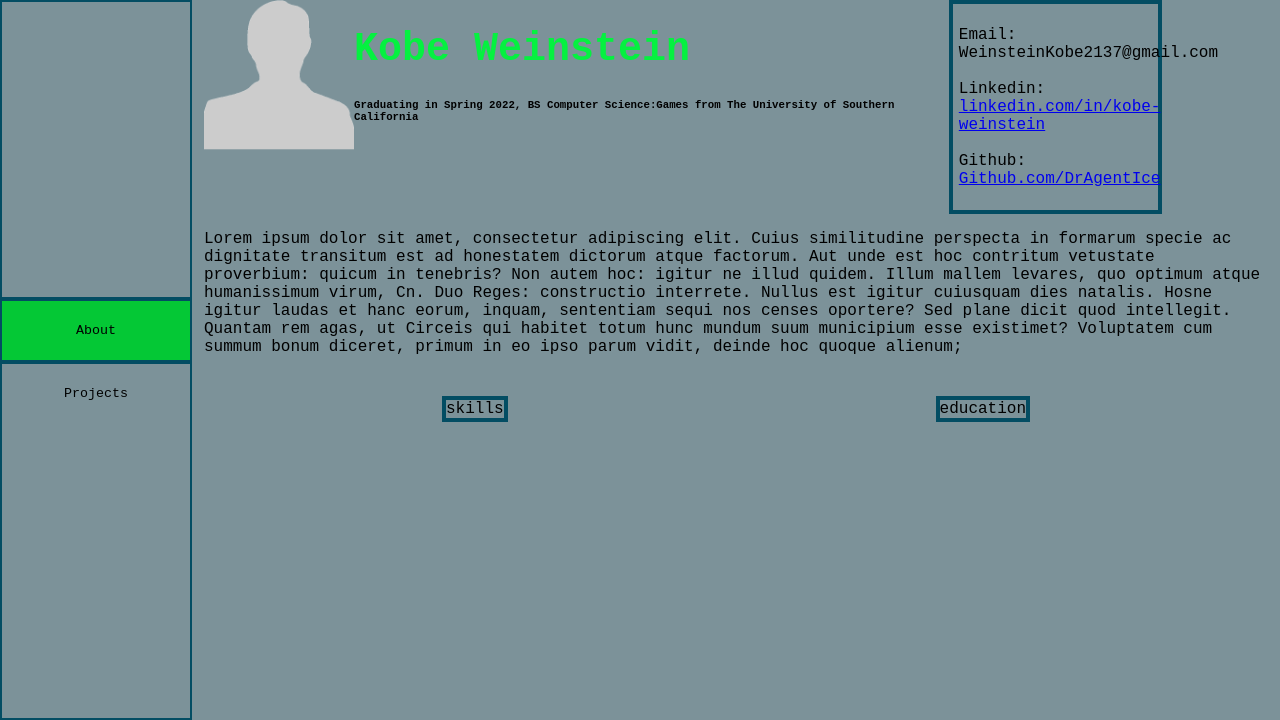
Repository: DrAngentIce/Kobe.Weinstein
Page: PortfollioSite/WebContent/Index.html
These files come from the project's save history. The page is drawn as it stood at one moment and after the next save; the edit follows.
The browser window is 1280 px wide. The pictures show the whole page.

Above is the page before, as saved 2021-01-15 04:11:32.

### PortfollioSite/WebContent/Index.html
<!DOCTYPE html>
<html>
<head>
<meta charset="ISO-8859-1">
<title>Kobe Weinstein</title>

<style>

 * {box-sizing: border-box}

 :root {
  --primary: #05F140;
  --primaryDim: #04C835;
  --textP: #000000;
  --Secondary: #034D63;
  --SecondaryLight: #046B8B;
  --textS: #dadfe1;
  --bg: #7C9299;
  --textBg: #000000;
  }

 body {
  font-size: 100%;
  font-family:"Courier New", monospace;
}


 .tab {
  float: left;
  border: 2px solid var(--Secondary);
  background-color: var(--bg);
  width: 15vw;
  height: 100vh;
  display: flex;
  justify-content: center;
  flex-direction: column;
	}

 .tab button {
  display: block;
  background-color: inherit;
  padding: 22px 16px;
  width: 100%;
  border: none;
  outline: none;
  text-align: center;
  cursor: pointer;
  transition: 0.3s;
  font-family:"Courier New", monospace;
  color: var(--textP);
}

.tab button:hover {
  background-color: var(--primary);
  color: var(--textP);
  border-top: 4px solid var(--SecondaryLight);
  border-bottom: 4px solid var(--SecondaryLight);
}

.tab button.active {
  background-color: var(--primaryDim);
  color: var(--textP);
  border-top: 4px solid var(--Secondary);
  border-bottom: 4px solid var(--Secondary);
}

.projectContent {
  float: left;
  padding: 0px 12px;
  border: 1px solid var(--Secondary);
  width: 70vw;
  border-left: none;
  height: 100vh;
  display: none;
  font-family:"Courier New", monospace;
}

.tabContent {
  float: left;
  padding: 0px 12px;
  border: none;
  width: 85vw;
  border-left: none;
  height: 100vh;
  display: none;
  font-family:"Courier New", monospace;
  background-color: var(--bg);

}

.columnName
{
	width: 70%;
	display:flex;
	align-content:center;
}

.columnContact
{
	width: 20%;
	border: 4px solid var(--Secondary);
	padding: 6px;
}

.SkillsCourses
{
	display: flex;
	flex-flow: row wrap;
	justify-content: space-around;
	width: 100%;
	padding: 24px;
}

.column
{
	border: 4px solid var(--Secondary);

}

</style>


<script>
function openTab(evt, tabName)
{

	var i, tabContent, tabs;


	tabcontent = document.getElementsByClassName("tabContent");
	for(i=0; i < tabcontent.length; i++)
	{
		tabcontent[i].style.display = "none";
	}

	tabs = document.getElementsByClassName("tablinks");
	for(i=0; i < tabs.length; i++)
	{
		tabs[i].className = tabs[i].className.replace(" active", "");
	}

	document.getElementById(tabName).style.display = "block";

	if(tabName == 'projects')
	{
		document.getElementById(tabName).style.padding = "0px 0px";
	}

	evt.currentTarget.className += " active";

}

function openProject(evt, projectName)
{

	var i, tabContent, tabs;


	tabcontent = document.getElementsByClassName("projectContent");
	for(i=0; i < tabcontent.length; i++)
	{
		tabcontent[i].style.display = "none";
	}

	tabs = document.getElementsByClassName("projectlinks");
	for(i=0; i < tabs.length; i++)
	{
		tabs[i].className = tabs[i].className.replace(" active", "");
	}

	document.getElementById(projectName).style.display = "block";

	evt.currentTarget.className += " active";

}


</script>


</head>


<body style="width: 100vw; height: 100vh; margin: 0; padding: 0;">

	<div class="tab">
	<button class="tablinks" onclick="openTab(event, 'about')" id="default">About</button>
	<button class="tablinks" onclick="openTab(event, 'projects')">Projects</button>
	</div>


	<div id = "projects" class="tabContent">
		<div class="tab" style="border-left: none;">
			<button class="projectlinks" onclick="openProject(event,'BookStacks')">The BookStacks</button>
			<button class="projectlinks" onclick="">Runner's Edge</button>
			<button class="projectlinks" onclick="">Pinball</button>
		</div>

		<div id="BookStacks" class="projectContent">
		The BookStacks
		</div>
		<div id="RunnersEdge" class="projectContent">
		Runner's Edge
		</div>
		<div id="RunnersEdge" class="projectContent">
		 Pinball
		</div>

	</div>

	<div id="about" class="tabContent">

	<div style="width:100%; display:flex; flex-flow:row wrap; align-content:space-between;">

		<div class="columnName">
			<img src="Portrait.gif" width="150px" height="150px">
			<div>
			<h1 style="color: var(--primary); font-size:2.5em;">Kobe Weinstein</h1>
			<h6>Graduating in Spring 2022, BS Computer Science:Games from The University of Southern California</h6>
			</div>
		</div>

		<div class="columnContact">
		<p>
			Email:<br> WeinsteinKobe2137@gmail.com
			<br><br>Linkedin:<br><a href="http://www.linkedin.com/in/kobe-weinstein">linkedin.com/in/kobe-weinstein</a>
			<br><br>Github:<br><a href="http://www.Github.com/DrAgentIce">Github.com/DrAgentIce</a>
		</p>
		</div>

	</div>

	<p>Lorem ipsum dolor sit amet, consectetur adipiscing elit. Cuius similitudine perspecta in formarum specie ac dignitate transitum est ad honestatem dictorum atque factorum. Aut unde est hoc contritum vetustate proverbium: quicum in tenebris? Non autem hoc: igitur ne illud quidem. Illum mallem levares, quo optimum atque humanissimum virum, Cn. Duo Reges: constructio interrete. Nullus est igitur cuiusquam dies natalis. Hosne igitur laudas et hanc eorum, inquam, sententiam sequi nos censes oportere? Sed plane dicit quod intellegit. Quantam rem agas, ut Circeis qui habitet totum hunc mundum suum municipium esse existimet? Voluptatem cum summum bonum diceret, primum in eo ipso parum vidit, deinde hoc quoque alienum; </p>

	<div class="SkillsCourses">

	<div class="column">
	skills
	</div>

	<div class="column">
	education
	</div>

	</div>


	</div>

<script>
document.getElementById("default").click();
</script>
</body>

</html>

After the next save:
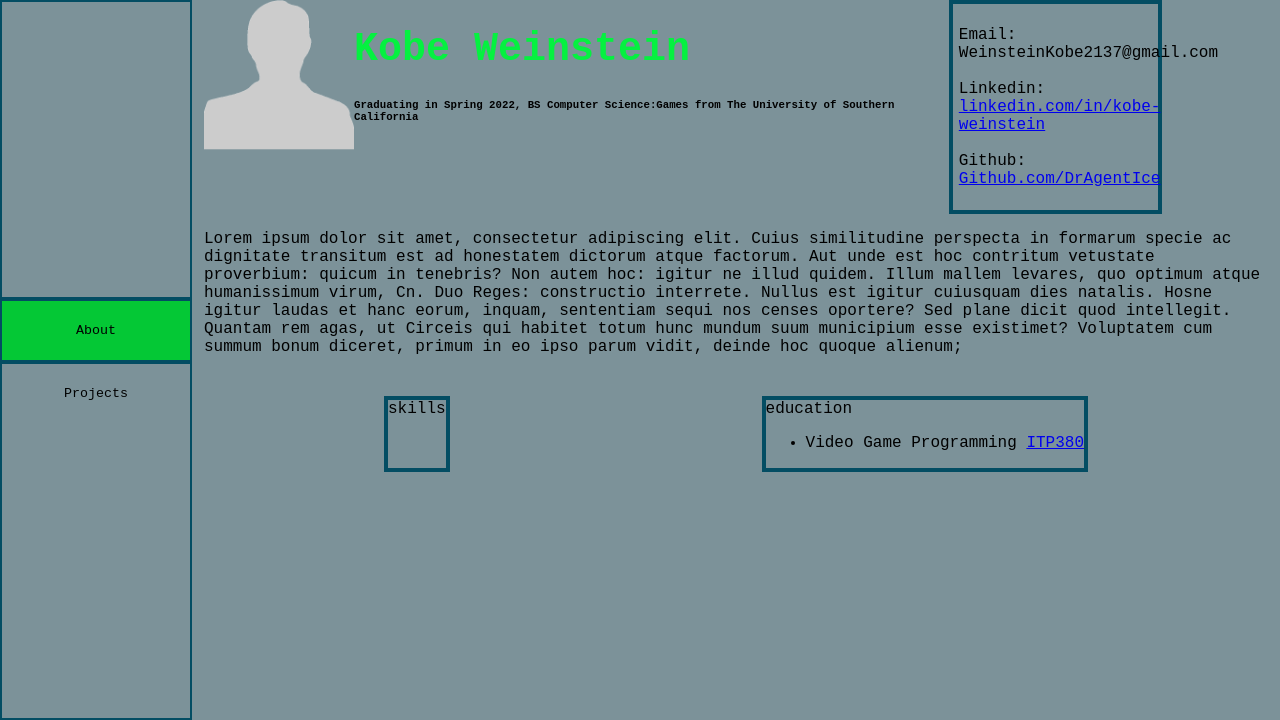
Saved 11 min 58 s later.
--- a/PortfollioSite/WebContent/Index.html
+++ b/PortfollioSite/WebContent/Index.html
@@ -240,6 +240,9 @@ function openProject(evt, projectName)
 
 	<div class="column">
 	education
+	<ul>
+		<li>Video Game Programming <a href="https://web-app.usc.edu/soc/syllabus/20201/31902.pdf">ITP380</a></li>
+	</ul>
 	</div>
 
 	</div>
